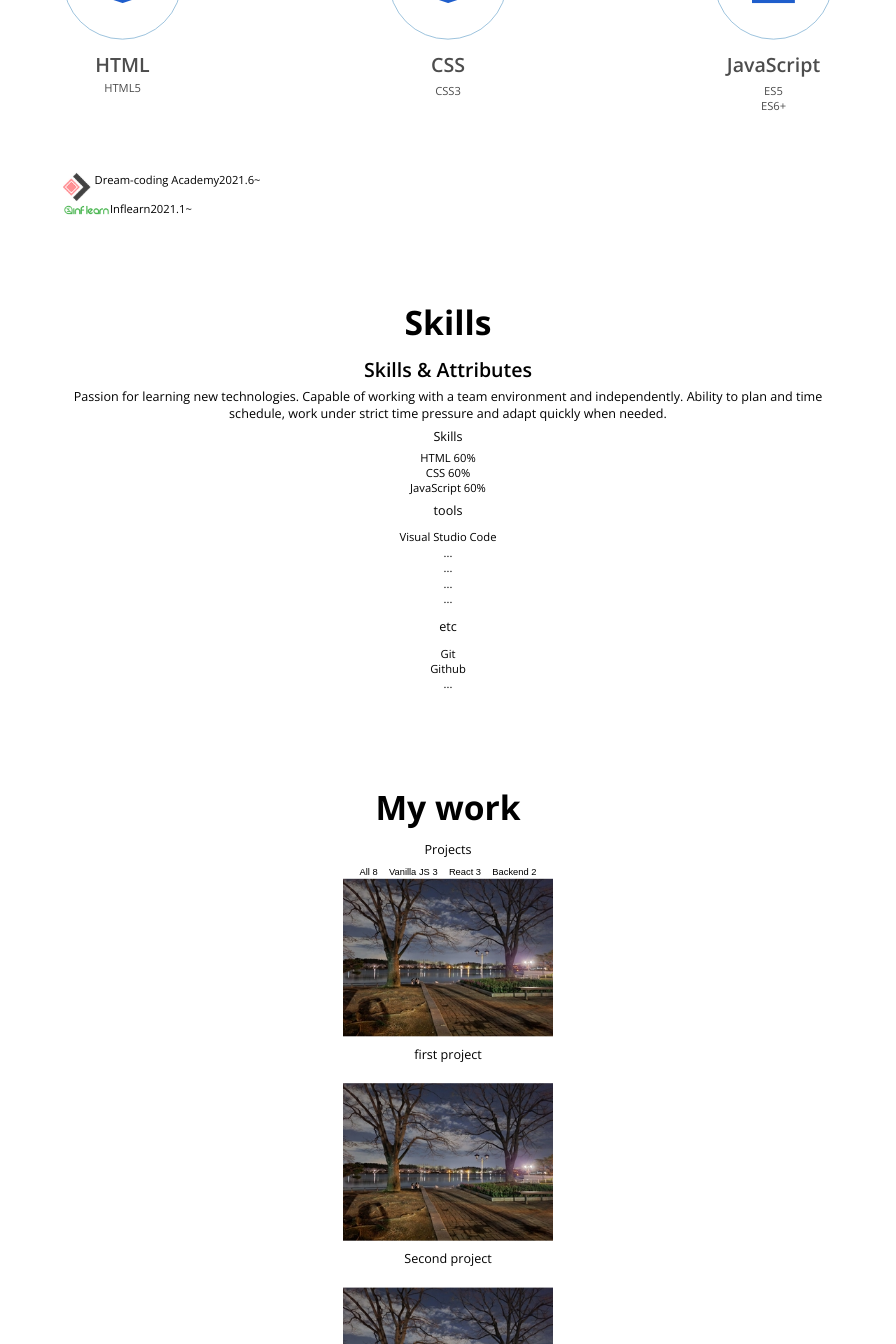
Repository: delphkim/portfolio
Page: index.html
The author's editor kept a copy of each file at every save. The page is drawn from the files as they stood at one save, then again after the next save.
The browser window is 1280 px wide. The pictures show the part of the page from y = 1149 to 3069 px (the page is 5984 px tall before and 5992 px after), at 70% of full size.
Some web libraries are served in a nearby version.

Above is the page before, as saved 2021-08-03 20:54:42.

### index.html
<!DOCTYPE html>
<html lang="en">
  <head>
    <meta charset="UTF-8" />
    <meta http-equiv="X-UA-Compatible" content="IE=edge" />
    <meta name="viewport" content="width=device-width, initial-scale=1.0" />
    <title>DevelPhaba's Portfolio</title>
    <meta name="description" content="Portfolio for world-reknowned software engineer develPhaba"/>
    <meta name="author" content="develPhaba" />
    <link rel="icon" type="img/png" href="./imgs/favicon.png">
    <script src="https://kit.fontawesome.com/d2b892ca94.js" crossorigin="anonymous"></script>
    <link rel="preconnect" href="https://fonts.googleapis.com" />
    <link rel="preconnect" href="https://fonts.gstatic.com" crossorigin />
    <link href="https://fonts.googleapis.com/css2?family=Open+Sans:wght@400;600;700&display=swap" rel="stylesheet"/>
    <!-- CSS rules to specify families -->
    <!-- 1. font-family: 'Open Sans', sans-serif;  -->
    <link rel="stylesheet" href="./style.css">
    <script src="./main.js" defer></script>
  </head>
  <body>
    <!-- Navbar -->
    <nav id="navbar">
      <div class="navbar__logo">
        <img class="navbar__icon" src="./imgs/favicon.png" alt="logo">
        <a href="#">develPhaba</a>
      </div>

        <ul class="navbar__menu">
          <li class="navbar__menu__item active">Home</li>
          <li class="navbar__menu__item">About</li>
          <li class="navbar__menu__item">Skills</li>
          <li class="navbar__menu__item">My work</li>
          <li class="navbar__menu__item">Testimonials</li>
          <li class="navbar__menu__item">Contact</li>
        </ul>

    </nav>
    <!-- Home -->
    <section id="home">
      <img src="./imgs/home.jpg"
           alt="develPhabas' profile photo"
           class="home__avatar">
           <h1 class="home__title">Hello, <br>I'm develPhaba</br></h1>
           <h2 class="home__description">Front-end engineer, who wants to be a Full-stack engineer </h2>
           <button class="home__contact">Contact me</button>
    </section>
    <!-- About -->
    <section id="about" class="section">
      <h1>About me</h1>
      <p>I've studied front-end skills.
        <br>After working as a front-end endgineer for several years,
        <br>I want to broaden my skill stack.
      </p>
      <div class="about__majors">
        <div class="major">
          <div class="major__icon">
            <i class="fab fa-html5"></i>
          </div>
          <h2 class="major__title">HTML</>
          <p class="major__description">HTML5</p>
        </div>
        <div class="major">
            <div class="major__icon">
              <i class="fab fa-css3-alt"></i>
            </div>
            <h2 class="major__title">CSS</h2>
            <p class="major__description">CSS3</p>
        </div>
        <div class="major">
          <div class="major__icon">
            <i class="fab fa-js"></i>
          </div>
          <h2 class="major__title">JavaScript</h2>
          <p class="major__description">ES5<br>ES6+</p>
        </div>
      </div>
      <div class="about__schools">
        <div class="school">
          <img src="./imgs/schools/dream-coding.png" alt="dream-coding" class="school__logo">
          <div class="school__title">Dream-coding Academy</div>
          <div class="school__years">2021.6~</div>
        </div>
        <div class="school">
          <img src="./imgs/schools/inflearn.png" alt="inflearn" class="school__logo">
          <div class="school__title">Inflearn</div>
          <div class="school__years">2021.1~</div>
        </div>
      </div>

    </section>
    <!-- Skills -->
    <section id="skills" class="section">
      <h1>Skills</h1>
      <h2>Skills & Attributes</h2>
      <p>
        Passion for learning new technologies. Capable of working with a team environment
        and independently. Ability to plan and time schedule, work under
        strict time pressure and adapt quickly when needed.
      </p>
      <div class="skillset">
        <div class="skillset__left">
          <h3 class="skillset__title">Skills</h3>
          <div class="skill">
            <div class="skill__description">
              <span>HTML</span>
              <span>60%</span>
            </div>
            <div class="skill__bar">
              <div class="skill__value"></div>
            </div>
          </div>
          <div class="skill">
            <div class="skill__description">
              <span>CSS</span>
              <span>60%</span>
            </div>
            <div class="skill__bar">
              <div class="skill__value"></div>
            </div>
          </div>
          <div class="skill">
            <div class="skill__description">
              <span>JavaScript</span>
              <span>60%</span>
            </div>
            <div class="skill__bar">
              <div class="skill__value"></div>
            </div>
          </div>
        </div>
        <div class="skillset__right">
          <div class="tools">
            <h3 class="skillset__title">tools</h3>
            <ul class="tools__list">
              <li><span>Visual Studio Code</span></li>
              <li><span>...</span></li>
              <li><span>...</span></li>
              <li><span>...</span></li>
              <li><span>...</span></li>
            </ul>
          </div>
          <div class="etc">
            <h3 class="skillset__title">etc</h3>
            <ul class="ect__list">
              <li><span>Git</span></li>
              <li><span>Github</span></li>
              <li><span>...</span></li>
            </ul>
          </div>


        </div>
      </div>
    </section>
    <!-- Work -->
    <section id="work" class="section">
      <h1>My work</h1>
      <h3>Projects</h3>
      <div class="work__categories">
        <button class="category__btn">All <span class="category__count">8</span></button>
        <button class="category__btn">Vanilla JS <span class="category__count">3</span></button>
        <button class="category__btn">React <span class="category__count">3</span></button>
        <button class="category__btn">Backend <span class="category__count">2</span></button>
      </div>
      <div class="work__projects">
        <a href="https://github.com/develPhaba/test"
           class="project"
           targe="blank">
           <img class="project__img" src="./imgs/projects/1.jpg" alt="one">
           <div class="project__description">
             <h3>first project</h3>
             <span>Clone coding with HTML and CSS</span>
           </div>
        </a>
        <a href="https://github.com/develPhaba/test"
           class="project"
           target="blank">
           <img class="project__img" src="./imgs/projects/2.jpg" alt="two">
           <div class="project__description">
            <h3>Second project</h3>
            <span>Clone coding with HTML, CSS and JavaScript</span>
          </div>
        </a>
        <a href="https://github.com/develPhaba/test"
           class="project"
           target="blank">
           <img class="project__img" src="./imgs/projects/3.jpg" alt="three">
           <div class="project__description">
            <h3>third project</h3>
            <span>Clone coding with HTML,CSS and JavaScript</span>
           </div>
        </a>
        <a href="https://github.com/develPhaba/test"
           class="project"
           target="blank">
          <img class="project__img" src="./imgs/projects/4.jpg" alt="four">
          <div class="project__description">
            <h3>fourth project</h3>
            <span>Clone coding,Front-end with React</span>
          </div>
        </a>
        <a href="https://github.com/develPhaba/test"
           class="project"
           target="blank">
          <img class="project__img" src="./imgs/projects/5.jpg" alt="five">
          <div class="project__description">
            <h3>fifth project</h3>
            <span>Clone coding,Front-end with React</span>
          </div>
        </a>
        <a href="https://github.com/develPhaba/test"
           class="project"
           target="blank">
          <img class="project__img" src="./imgs/projects/6.jpg" alt="six">
          <div class="project__description">
            <h3>sixth project</h3>
            <span>Clone coding,Front-end with React</span>
          </div>
        </a>
        <a href="https://github.com/develPhaba/test"
           class="project"
           target="blank">
           <img class="project__img" src="./imgs/projects/7.jpg" alt="seven">
           <div class="project__description">
            <h3>seventh project</h3>
            <span>Clone coding, Back-end with Node.js</span>
           </div>
        </a>
        <a href="https://github.com/develPhaba/test"
           class="project"
           target="blank">
           <img class="project__img" src="./imgs/projects/8.jpg" alt="eight">
           <div class="project__description">
            <h3>eighth project</h3>
            <span>Clone coding, Back-end with Node.js</span>
           </div>
        </a>
      </div>
    </section>
    <!-- Testimonials -->
    <section id="testimonials" class="section">
      <h1>Testimonials</h1>
      <h3>See what they say about me</h3>
      <div class="testimonials">
        <div class="testimonial">
          <img src="./imgs/testimonial/people1.jpg"
               alt="people"
               class="testimonial__avatar">
               <div class="testimonial__speech-bubble">
                 <p>Lorem ipsum dolor sit amet consectetur adipisicing elit. Magnam, vitae.
                   Dolores sit in amet quos. Alias maiores accusantium dolore error illo eligendi,
                   vel sint aperiam nemo soluta debitis deserunt voluptas.</p>
                   <p class="name"><a href="https://github.com/develPhaba/test">TestName</a>/Test company</p>
               </div>
        </div>
        <div class="testimonial">
          <img src="./imgs/testimonial/people2.jpg"
               alt="people"
               class="testimonial__avatar">
               <div class="testimonial__speech-bubble">
                <p>Lorem ipsum dolor sit amet consectetur adipisicing elit. Magnam, vitae.
                  Dolores sit in amet quos. Alias maiores accusantium dolore error illo eligendi,
                  vel sint aperiam nemo soluta debitis deserunt voluptas.</p>
                <p class="name"><a href="https://github.com/develPhaba/test">TestName2</a>/Test company2</p>
              </div>
        </div>
      </div>
    </section>
    <!-- Contact -->
    <section id="contact" class="section">
      <h1 class="contact__title">Let's talk</h1>
      <h2 class="contact__email">hgkim9201@gmail.com</h2>
      <div class="contact__links">
      <a href="https://github.com/develPhaba">
        <i class="fa fa-github"></i>
      </a>
      <a href="">
      <i class="fa fa-linkedin-square"></i>
      </a>
      </div>
      <p class="contact__rights">Dreaming-coding Ellie -All rights reserved</p>
    </section>
  </body>
</html>

### style.css
:root {
  /* Color */
  --color-white: #ffffff;
  --color-light-white: #eeeeee;
  --color-dark-white: #bdbdbd;
  --color-pink: #fe918d;
  --color-dark-pink: #ff6863;
  --color-black: #4d4d4d;
  --color-dark-grey: #4d4d4d;
  --color-grey: #616161;
  --color-blue: #73aace;
  --color-yellow: #fff7d1;
  --color-orange: #feb546;
  --color-black: #000000;
  --color-green: #80deea;
  --color-sky-blue: #2979ff;
  --color-dark-blue: rgb(31, 94, 204);
  /* Font size */
  --font-large: 48px;
  --font-medium: 28px;
  --font-regular: 18px;
  --font-small: 16px;
  --font-micro: 14px;
  /* Font weight */
  --weight-bold: 700;
  --weight-semi-bold: 600;
  --weight-regular: 400;
  /* Size */
  --size-border-radius: 4px;
  /*Animation*/
  --animation-duration: 300ms;
}
/* Universal tags */
* {
  box-sizing: border-box;
}
body {
  font-family: "Open Sans", sans-serif;
  margin: 0;
  cursor: default;
}
a {
  text-decoration: none;
  color: var(--color-white);
}
ul {
  list-style: none;
  padding-left: 0;
}
h1 {
  font-size: var(--font-large);
  font-weight: var(--weight-bold);
  color: var(--color-black);
  margin: 16px 0;
}
h2 {
  font-size: var(--font-medium);
  font-weight: var(--weight-semi-bold);
  color: var(--color-black);
  margin: 8px 0;
}
h3 {
  font-size: var(--font-regular);
  font-weight: var(--weight-regular);
  color: var(--color-black);
  margin: 8px 0;
}
p {
  font-size: var(--font-regular);
  font-weight: var(--weight-regular);
  color: var(--color-black);
  margin: 4px 0;
}
button {
  background-color: transparent;
  cursor: pointer;
  border: none;
  outline: none;
}
/* Navbar */
#navbar {
  display: flex;
  justify-content: space-between;
  background-color: var(--color-sky-blue);
  align-items: center;
  color: var(--color-white);
  padding: 16px;
}
.navbar__logo {
  font-size: var(--font-medium);
  font-weight: var(--weight-semi-bold);
}
.navbar__icon {
  width: var(--font-medium);
  height: var(--font-medium);
}
.navbar__menu {
  display: flex;
}
.navbar__menu__item {
  padding: 8px 12px;
  margin: 0 4px;
  cursor: pointer;
  border-radius: var(--size-border-radius);
}
.navbar__menu__item:hover {
  background-color: var(--color-dark-blue);
}
.navbar__menu__item.active {
  border: 1px solid var(--color-white);
}
/*Home*/
#home {
  background: url(./imgs/homepage-background.png) center/cover no-repeat;
  padding: 40px;
  text-align: center;
}
.home__avatar {
  width: 250px;
  height: 250px;
  border-radius: 50%;
  border: 2px solid var(--color-light-white);
}
.home__title,
.home__description {
  color: var(--color-white);
}
.home__contact {
  color: var(--color-white);
  font-size: var(--font-regular);
  font-weight: var(--weight-bold);
  margin: 24px;
  padding: 8px 12px;
  border: 2px solid var(--color-white);
  border-radius: var(--size-border-radius);
}
/* Section common */
.section {
  text-align: center;
  padding: 50px;
  max-width: 1200px;
  margin: auto;
}
/* About me */
.about__majors {
  display: flex;
  justify-content: space-between;
  margin: 80px 0;
}
.major__icon {
  color: var(--color-dark-blue);
  font-size: 70px;
  width: 170px;
  height: 170px;
  line-height: 170px;
  margin: auto;
  border: 1px solid var(--color-blue);
  border-radius: 50%;
  margin-bottom: 16px;
}
.major__title,
.major__description {
  color: var(--color-dark-grey);
}
.major__description {
  font-size: var(--font-small);
}
.major__icon i {
  transition: all var(--animation-duration) ease;
}
.major__icon:hover i {
  transform: rotate(30deg) scale(1.1);
  color: var(--color-dark-pink);
}
.school {
  display: flex;
}

Loaded but not shown: main.js (no stored copy; drawn as an empty file)

After the next save:
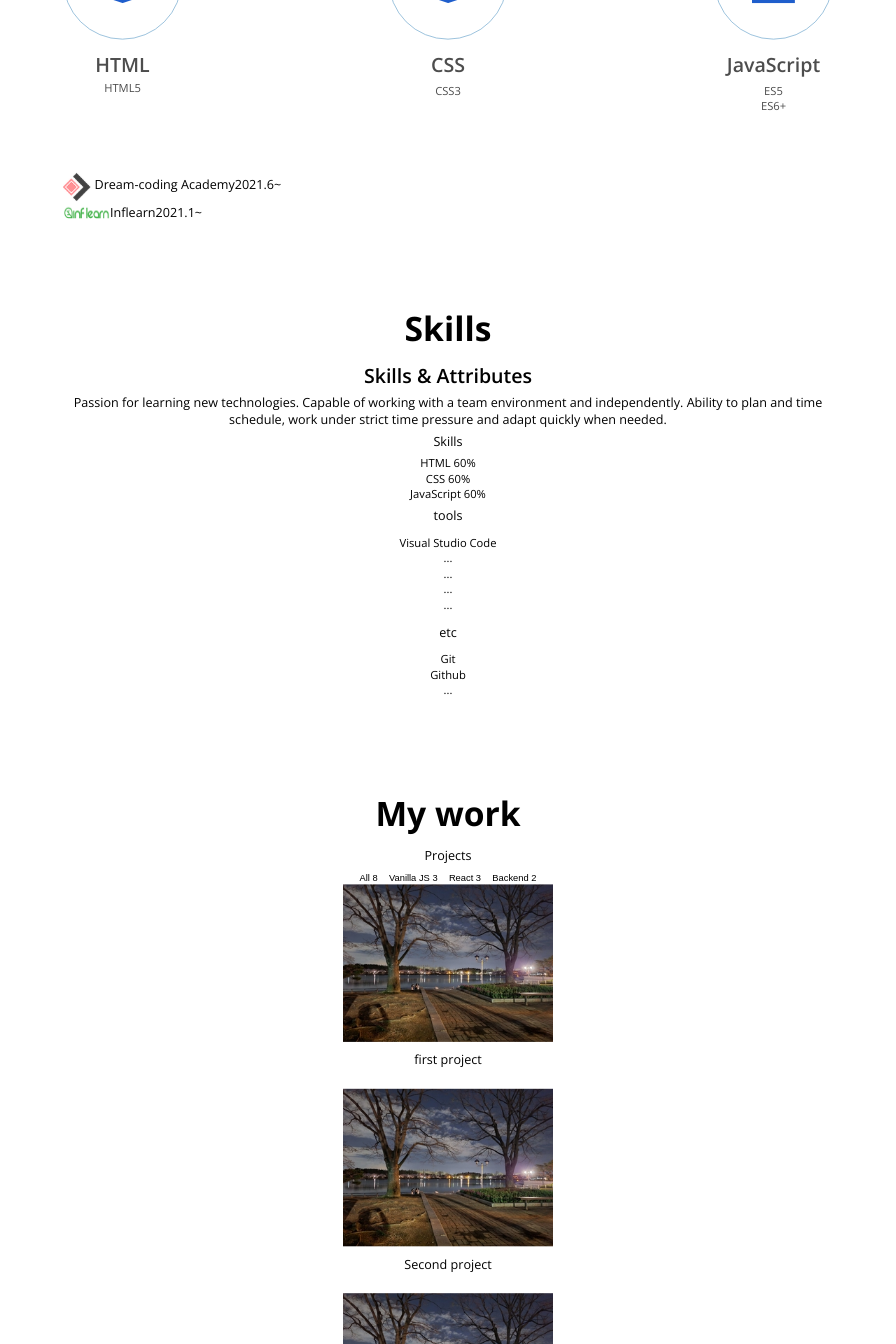
Saved 4 min 30 s later.
--- a/index.html
+++ b/index.html
@@ -77,13 +77,14 @@
       <div class="about__schools">
         <div class="school">
           <img src="./imgs/schools/dream-coding.png" alt="dream-coding" class="school__logo">
-          <div class="school__title">Dream-coding Academy</div>
-          <div class="school__years">2021.6~</div>
+
+          <p class="school__title">Dream-coding Academy</p>
+          <p class="school__years">2021.6~</p>
         </div>
         <div class="school">
           <img src="./imgs/schools/inflearn.png" alt="inflearn" class="school__logo">
-          <div class="school__title">Inflearn</div>
-          <div class="school__years">2021.1~</div>
+          <p class="school__title">Inflearn</p>
+          <p class="school__years">2021.1~</p>
         </div>
       </div>
 
